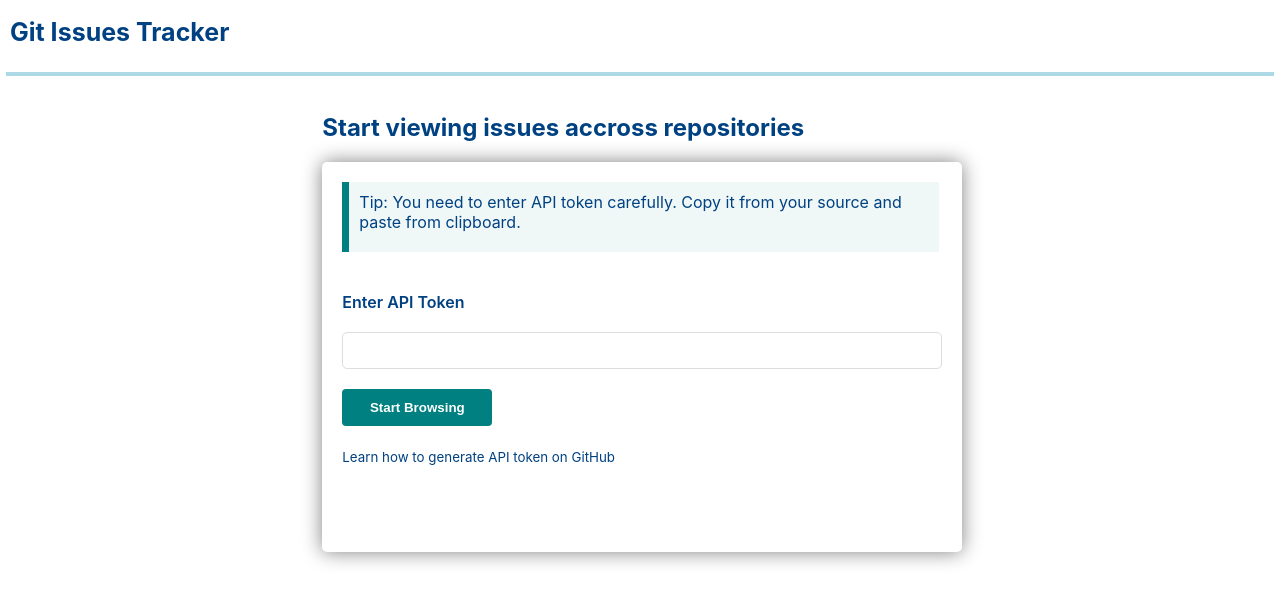
Repository: duzzisantos/github-repos-react-graphql
Page: /start
The author's editor kept a copy of each file at every save. The page is drawn from the files as they stood at one save, then again after the next save.
The browser window is 1280 px wide. The page is 1285 px wide, so the pictures cover 1285 px, including what lies to the right of the window. The pictures show the whole page.
The project was rebuilt for these pictures with package versions that can differ from the ones it lists, and the page was loaded fresh each time. Also part of the build but not shown: src/App.css, src/components/table/Filters.tsx, src/components/table/Pagination.tsx, src/components/table/TableComponent.tsx, src/components/table/columnHelpers.ts, src/utilities/funtions.ts, src/pages/Repositories.tsx, src/components/cards/Cards.tsx and 1 more.

Above is the page before, as saved 2024-06-17 18:07:16.

After the next save:
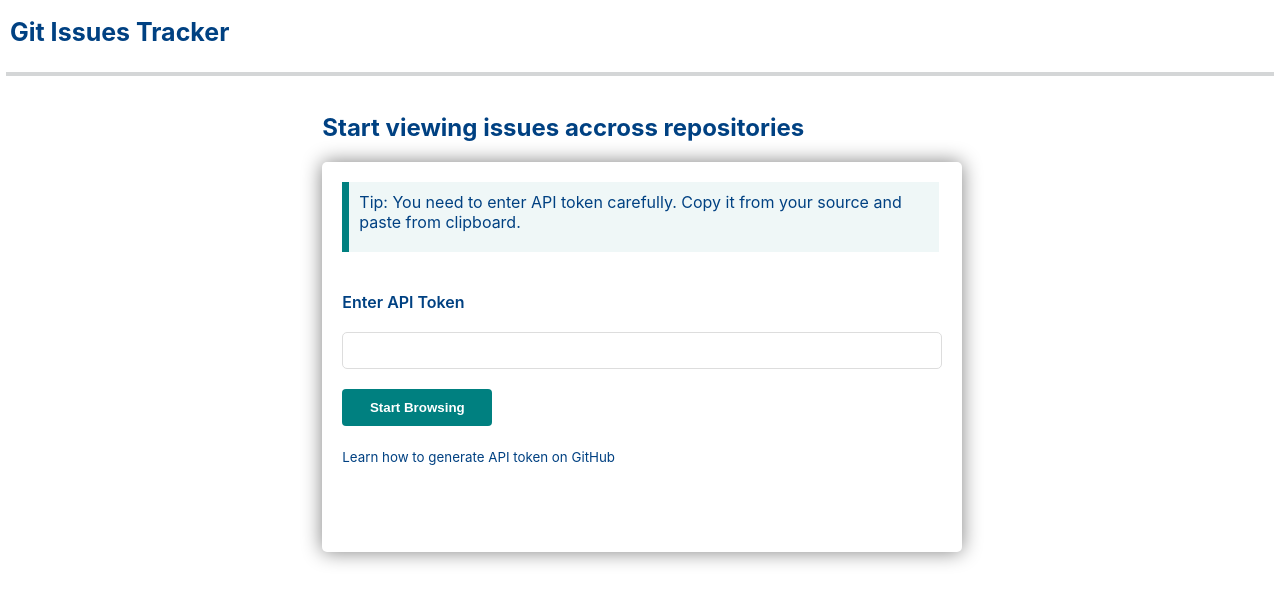
Saved 11 s later.
--- a/src/App.scss
+++ b/src/App.scss
@@ -36,7 +36,7 @@ h1 {
 }
 
 hr {
-  border: 2px solid lightblue;
+  border: 2px solid rgb(212, 214, 215);
   width: 98.8%;
 }
 
